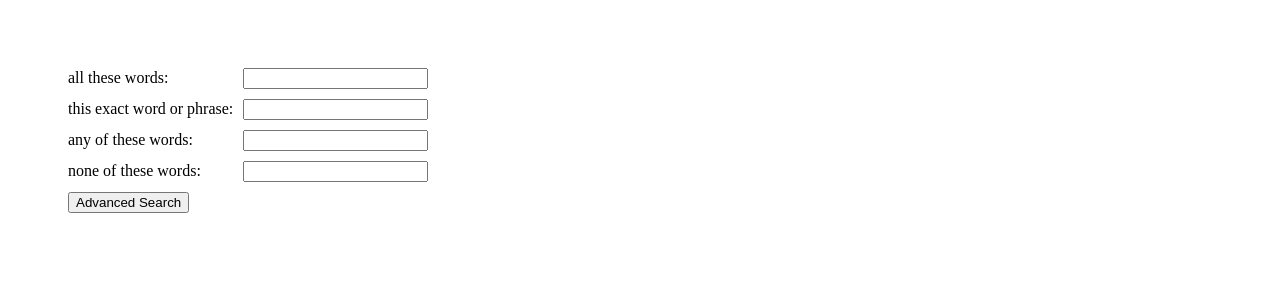
Repository: etentuk/search
Page: advanced_search.html
An editor plug-in stored every save of this project. The page is shown before and after the next save, followed by the edit.
The browser window is 1280 px wide. The pictures show the whole page.

Above is the page before, as saved 2021-11-03 23:30:28.

### advanced_search.html
<!DOCTYPE html>
<html lang="en">

<head>
    <title>Advanced Search</title>
    <link rel="stylesheet" href="styles.css">
</head>

<body>
    <div class="contentContainer">
        <form action="https://google.com/search" class="form-example">
            <div style="display: table-row;">
                <div class="form-example">
                    <label for="as_q">all these words: </label>
                    <input type="text" id="as_q" name="as_q">
                </div>
                <div class="form-example">
                    <label for="as_epq">this exact word or phrase: </label>
                    <input type="text" id="as_epq" name="as_epq">
                </div>
                <div class="form-example">
                    <label for="as_oq">any of these words: </label>
                    <input type="text" id="as_oq" name="as_oq">
                </div>
                <div class="form-example">
                    <label for="as_eq">none of these words: </label>
                    <input type="text" id="as_eq" name="as_eq">
                </div>
            </div>
            <input type="submit" value="Advanced Search">
        </form>
    </div>
</body>

</html>

### styles.css
form.form-example {
  display: table;
}

div.form-example {
  display: table-row;
}

label,
input {
  display: table-cell;
  margin-bottom: 10px;
}

label {
  padding-right: 10px;
}

div.contentContainer {
  justify-content: center;
  align-items: center;
  padding: 60px;
}

After the next save:
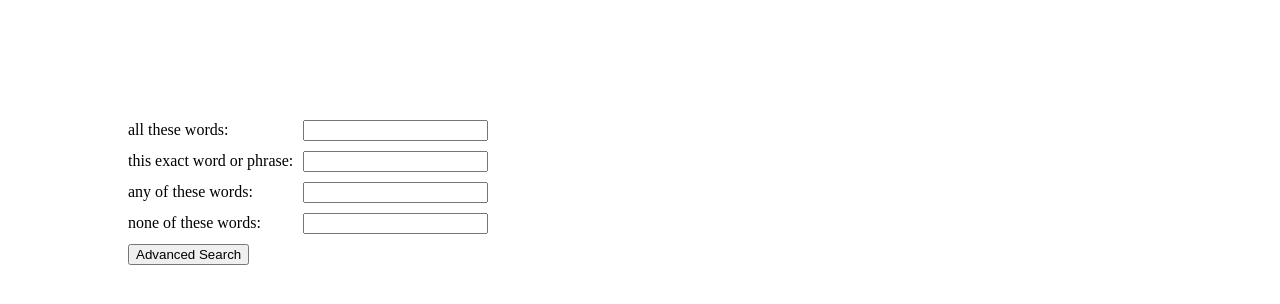
Saved 23 s later.
--- a/styles.css
+++ b/styles.css
@@ -20,4 +20,5 @@ div.contentContainer {
   justify-content: center;
   align-items: center;
   padding: 60px;
+  margin: 60px;
 }
